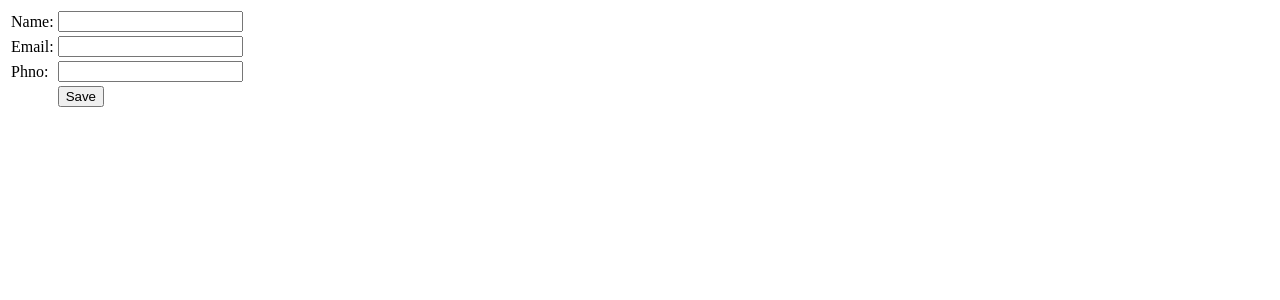
Repository: kiran1231276/book-my-show-app
Page: http://localhost/UserWebApp/
An editor plug-in stored every save of this project. The page is shown before and after the next save, followed by the edit.
The browser window is 1280 px wide. The pictures show the whole page.
The page is served by Tomcat 9. Other server files are loaded and not shown.

Above is the page before, as saved 2023-12-28 13:33:13.

### Ashok It Advanced Java/UserWebApp/src/main/webapp/index.jsp
<%@ page language="java" contentType="text/html; charset=ISO-8859-1"
    pageEncoding="ISO-8859-1"%>
<!DOCTYPE html>
<html>
<head>
<meta charset="ISO-8859-1">
<title>Insert title here</title>
</head>
<body>
      <%
         String msg = (String) request.getAttribute("msg");
      if(msg != null){
    	  out.print(msg);
      }
      %>

       <form action="user" method="POST">
        <table>
            <tr>
                <td>Name:</td>
                <td><input type="text" name="name"/></td>
            </tr>
            <tr>
                <td>Email:</td>
                <td><input type="email" name="email"/></td>
            </tr>
            <tr>
                <td>Phno:</td>
                <td><input type="number" name="phno"/></td>
            </tr>
            <tr>
                <td></td>
                <td><input type="submit" value="Save"/></td>
            </tr>
        </table>
    </form>
</body>
</html>

After the next save:
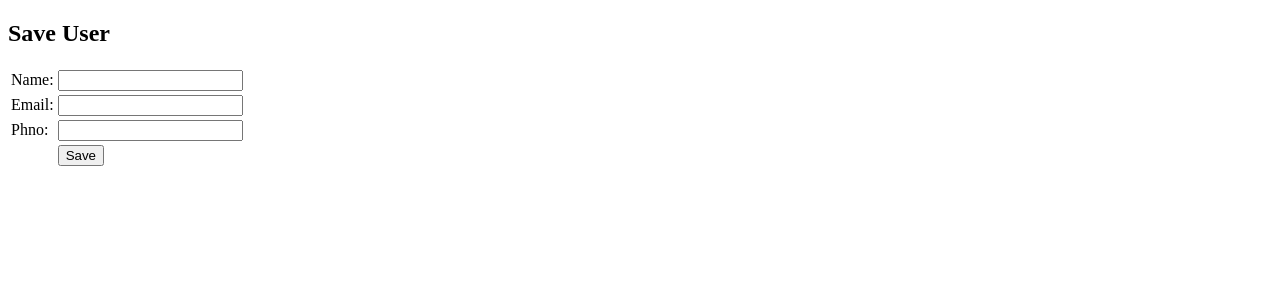
Saved 41 s later.
--- a/Ashok It Advanced Java/UserWebApp/src/main/webapp/index.jsp
+++ b/Ashok It Advanced Java/UserWebApp/src/main/webapp/index.jsp
@@ -7,6 +7,8 @@
 <title>Insert title here</title>
 </head>
 <body>
+       <h2>Save User</h2>
+
       <%
          String msg = (String) request.getAttribute("msg");
       if(msg != null){
